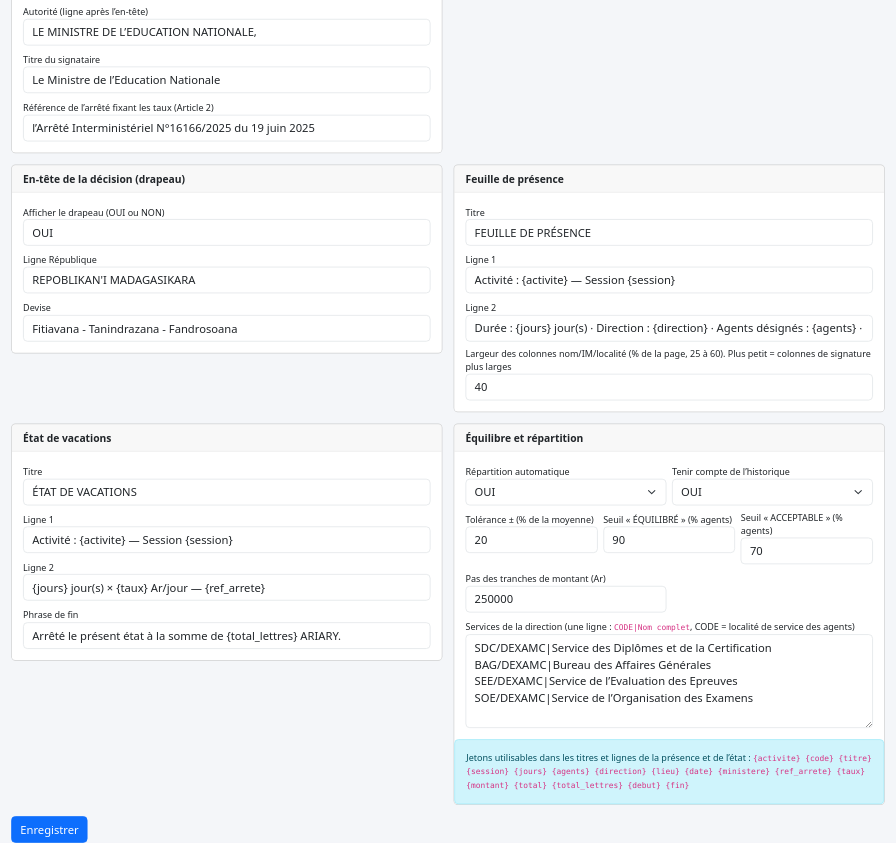
Repository: Mikandry/vacation
Page: http://localhost/parametres
An editor plug-in stored every save of this project. The page is shown before and after the next save, followed by the edit.
The browser window is 1280 px wide. The pictures show the part of the page from y = 570 to 2490 px (the page is 1774 px tall before and 2799 px after), at 70% of full size.
The page is served by the project's Laravel application, run on PHP 8.4 with Laravel 12. Queries for data that is not in the repository find no rows.

Above is the page before, as saved 2026-10-19 15:32:41.

After the next save:
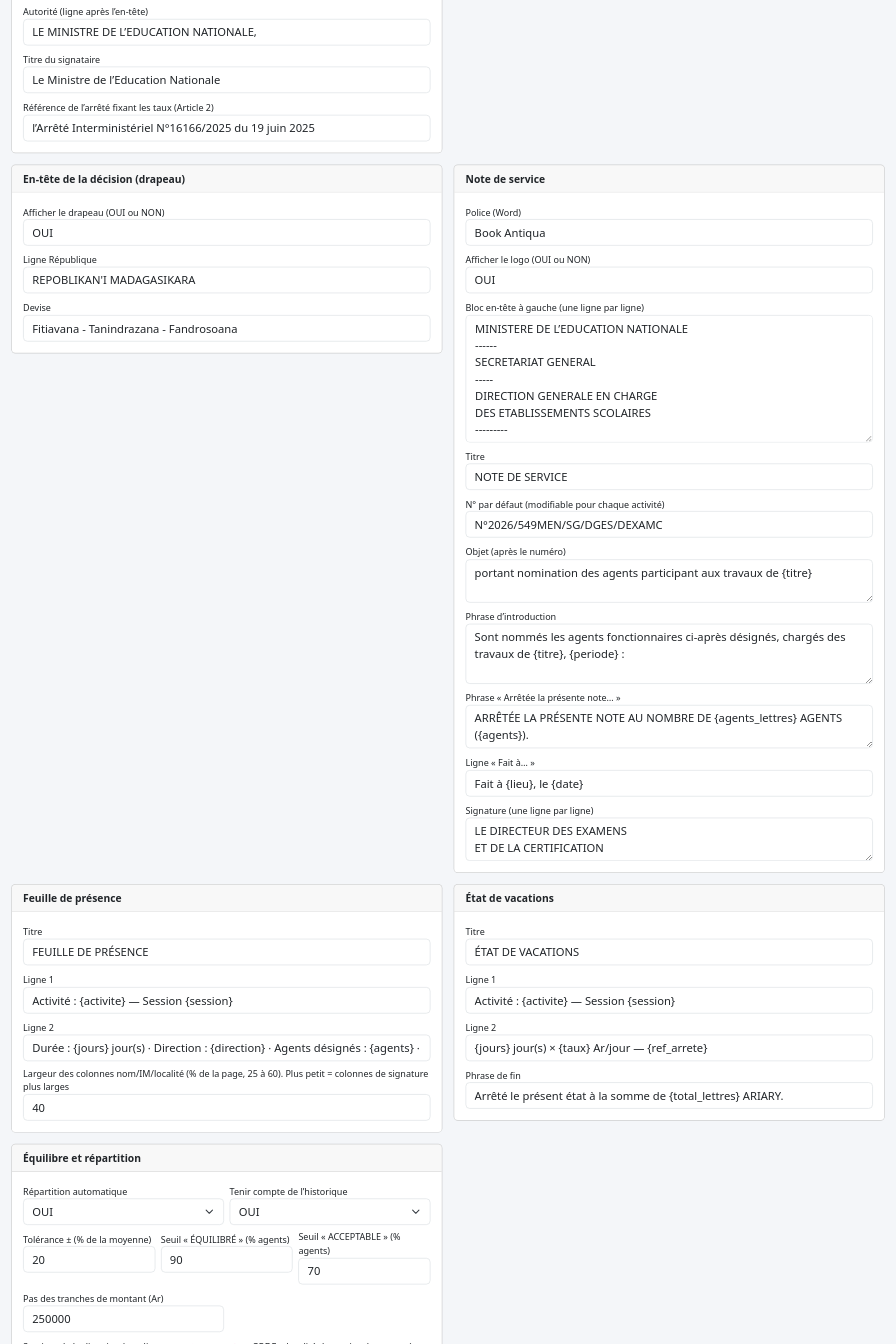
Saved 21 s later.
--- a/resources/views/settings.blade.php
+++ b/resources/views/settings.blade.php
@@ -1,15 +1,15 @@
 @extends('layouts.app')
 @section('title','Paramètres')
 @php
-
+ $multi=['note_header_left'=>7,'note_signature'=>2,'note_intro'=>3,'note_subject'=>2,'note_closing'=>2];
  $groups=[
   'Décision'=>[['direction','Direction'],['session','Session (année)'],['ministry','En-tête (ministère)'],['decision_number','N° de la décision'],['place','Lieu de signature'],['decision_date','Date de la décision (texte libre, ex. 15 octobre 2026)'],['authority','Autorité (ligne après l’en-tête)'],['signatory','Titre du signataire'],['ref_arrete','Référence de l’arrêté fixant les taux (Article 2)']],
   'Ligne budgétaire (Article 2)'=>[['budget_mission','Mission'],['budget_indicator','Indicateur d’objectif'],['budget_section','Section'],['budget_account','Compte'],['budget_ordsec','Code ORDSEC']],
   'En-tête de la décision (drapeau)'=>[['show_flag','Afficher le drapeau (OUI ou NON)'],['republic','Ligne République'],['motto','Devise']],
+  'Note de service'=>[['note_font','Police (Word)'],['note_show_logo','Afficher le logo (OUI ou NON)'],['note_header_left','Bloc en-tête à gauche (une ligne par ligne)'],['note_title','Titre'],['note_number','N° par défaut (modifiable pour chaque activité)'],['note_subject','Objet (après le numéro)'],['note_intro','Phrase d’introduction'],['note_closing','Phrase « Arrêtée la présente note… »'],['note_place_date','Ligne « Fait à… »'],['note_signature','Signature (une ligne par ligne)']],
   'Feuille de présence'=>[['presence_title','Titre'],['presence_line1','Ligne 1'],['presence_line2','Ligne 2'],['presence_id_width','Largeur des colonnes nom/IM/localité (% de la page, 25 à 60). Plus petit = colonnes de signature plus larges']],
   'État de vacations'=>[['etat_title','Titre'],['etat_line1','Ligne 1'],['etat_line2','Ligne 2'],['etat_footer','Phrase de fin']],
  ];
-
 @endphp
 @section('content')
 <h4>Paramètres</h4>
@@ -17,7 +17,12 @@
  @csrf
  @foreach($groups as $title=>$fields)
   <div class="col-lg-6"><div class="card"><div class="card-header fw-bold">{{ $title }}</div><div class="card-body row g-2">
-   @foreach($fields as [$k,$l])<div class="col-12"><label class="form-label mb-0 small">{{ $l }}</label><input name="{{ $k }}" class="form-control" value="{{ old($k,$s[$k]) }}"></div>@endforeach
+   @foreach($fields as [$k,$l])
+    <div class="col-12"><label class="form-label mb-0 small">{{ $l }}</label>
+     @if(isset($multi[$k]))<textarea name="{{ $k }}" rows="{{ $multi[$k] }}" class="form-control">{{ old($k,$s[$k]) }}</textarea>
+     @else<input name="{{ $k }}" class="form-control" value="{{ old($k,$s[$k]) }}">@endif
+    </div>
+   @endforeach
   </div></div></div>
  @endforeach
  <div class="col-lg-6"><div class="card"><div class="card-header fw-bold">Équilibre et répartition</div><div class="card-body row g-2">
@@ -28,11 +33,9 @@
   <div class="col-md-4"><label class="form-label mb-0 small">Seuil « ACCEPTABLE » (% agents)</label><input type="number" name="threshold_acc" class="form-control" value="{{ old('threshold_acc',$s['threshold_acc']) }}"></div>
   <div class="col-md-6"><label class="form-label mb-0 small">Pas des tranches de montant (Ar)</label><input type="number" name="band_step" class="form-control" value="{{ old('band_step',$s['band_step']) }}"></div>
   <div class="col-12"><label class="form-label mb-0 small">Services de la direction (une ligne : <code>CODE|Nom complet</code>, CODE = localité de service des agents)</label><textarea name="services" rows="5" class="form-control">{{ old('services',$s['services']) }}</textarea></div>
- </div>
- <div class="col-12"><div class="alert alert-info small mb-0">Jetons utilisables dans les titres et lignes de la présence et de l’état :
-  <code>{activite} {code} {titre} {session} {jours} {agents} {direction} {lieu} {date} {ministere} {ref_arrete} {taux} {montant} {total} {total_lettres} {debut} {fin}</code></div></div>
-</div></div>
-
+ </div></div></div>
+ <div class="col-12"><div class="alert alert-info small mb-0">Jetons utilisables dans les titres et phrases (présence, état, note de service) :
+  <code>{activite} {code} {titre} {session} {jours} {agents} {agents_lettres} {direction} {lieu} {date} {ministere} {ref_arrete} {numero} {taux} {montant} {total} {total_lettres} {periode} {debut} {fin}</code></div></div>
  <div class="col-12"><button class="btn btn-primary">Enregistrer</button></div>
 </form>
 @endsection
